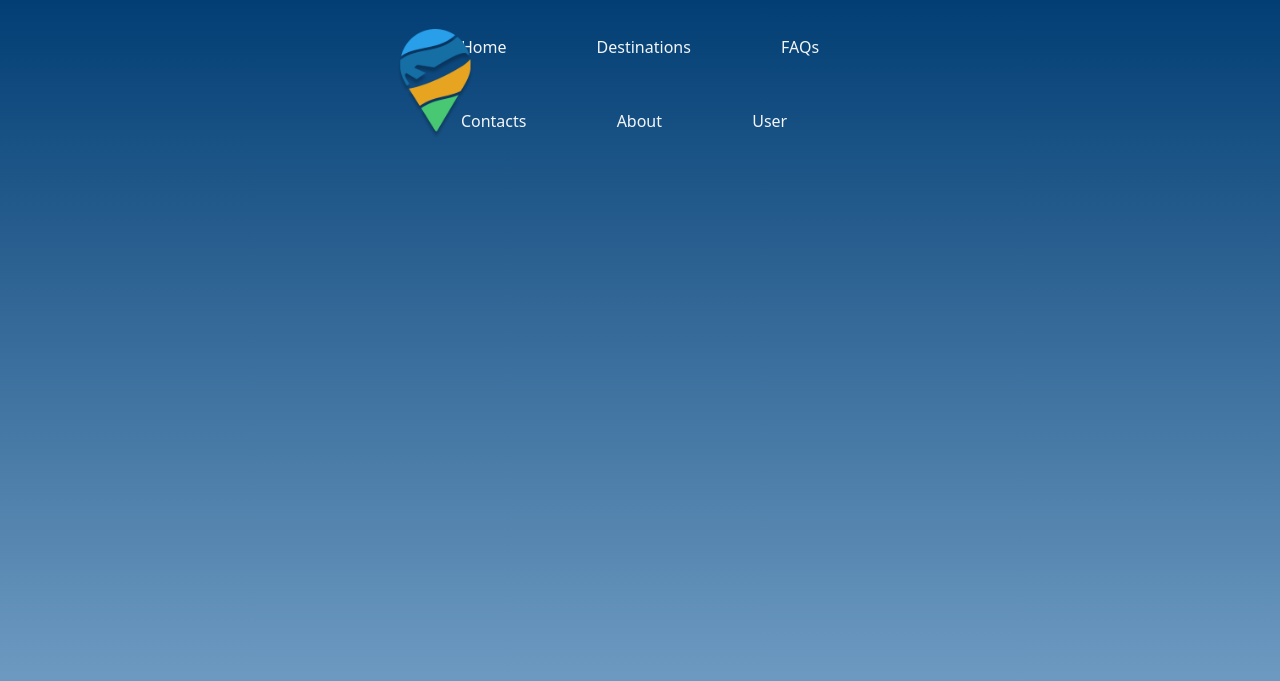
Repository: KorinChlorine/Explore
Page: destination.html
These files come from the project's save history. The page is drawn as it stood at one moment and after the next save; the edit follows.
The browser window is 1280 px wide. The pictures show the whole page.
An inner scrolling area shows only its first screen.

Above is the page before, as saved 2025-10-31 11:34:58.

After the next save:
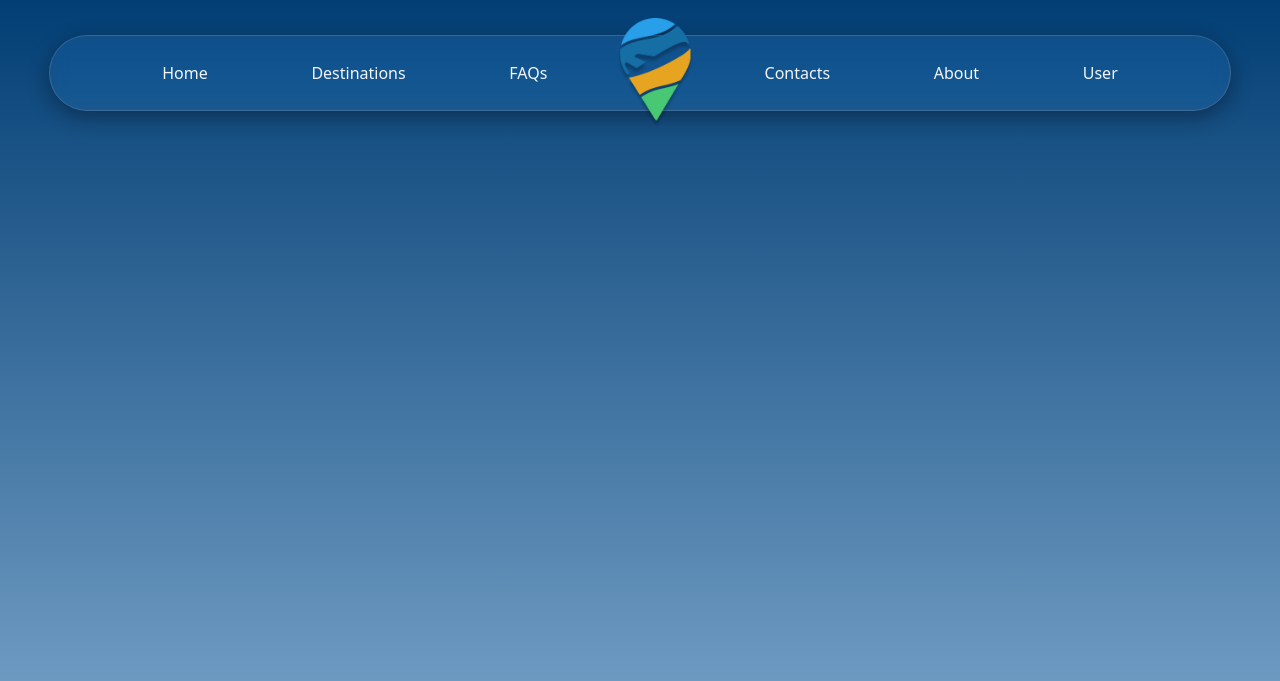
Saved 38 s later.
--- a/try.css
+++ b/try.css
@@ -47,18 +47,6 @@
 
 /* ANIMATIONS */
 
-*{
-  box-sizing: border-box;
-  margin: 0;
-  padding: 0;
-}
-
- .custom-navbar * {
-   all: unset;
-   /* resets all inherited styles */
-   display: revert;
-   /* restores browser default display */
- }
 
 body {
   overflow-x: hidden !important;
